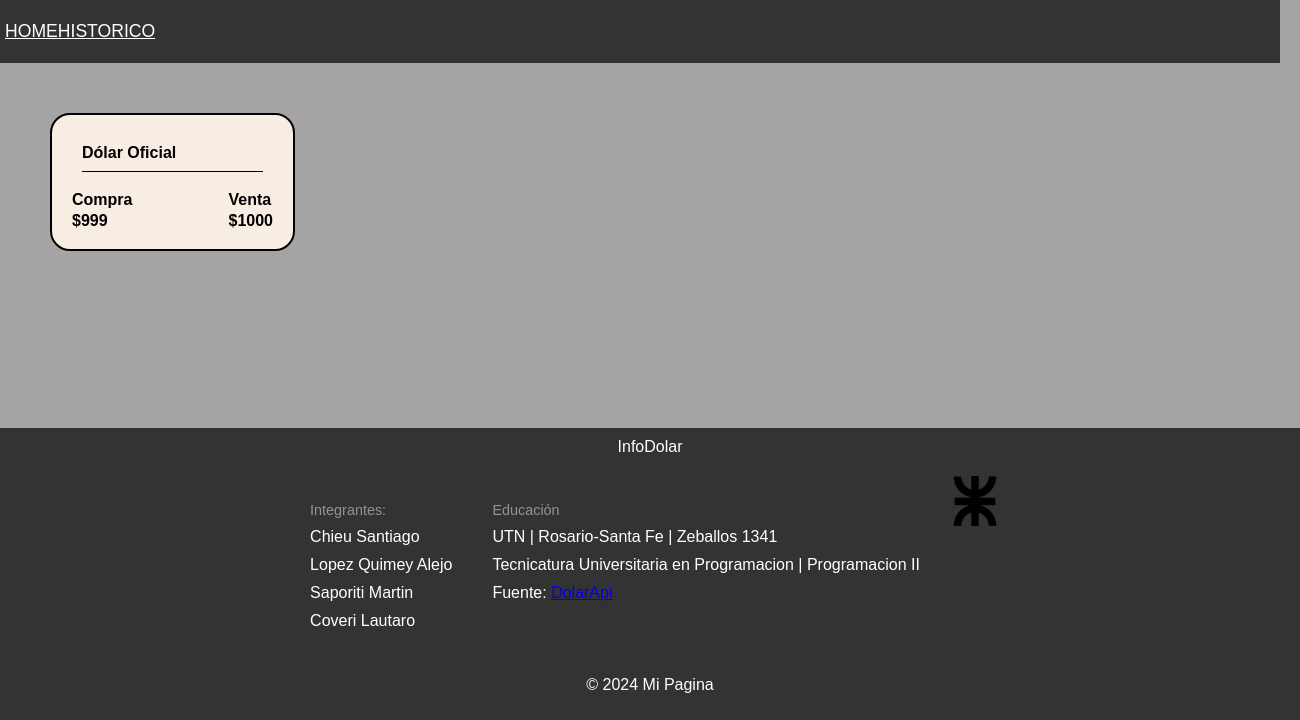
Repository: QuimeyAlejo/TP-Prog
Page: Tp-Prog/Client/index.html
An editor plug-in stored every save of this project. The page is shown before and after the next save, followed by the edit.
The browser window is 1280 px wide. The page is 1300 px wide, so the pictures cover 1300 px, including what lies to the right of the window. The pictures show the whole page.
The page's requests for data from a server got no answer.

Above is the page before, as saved 2024-10-26 23:02:12.
Not found: Tp-Prog/Server/server.py

After the next save:
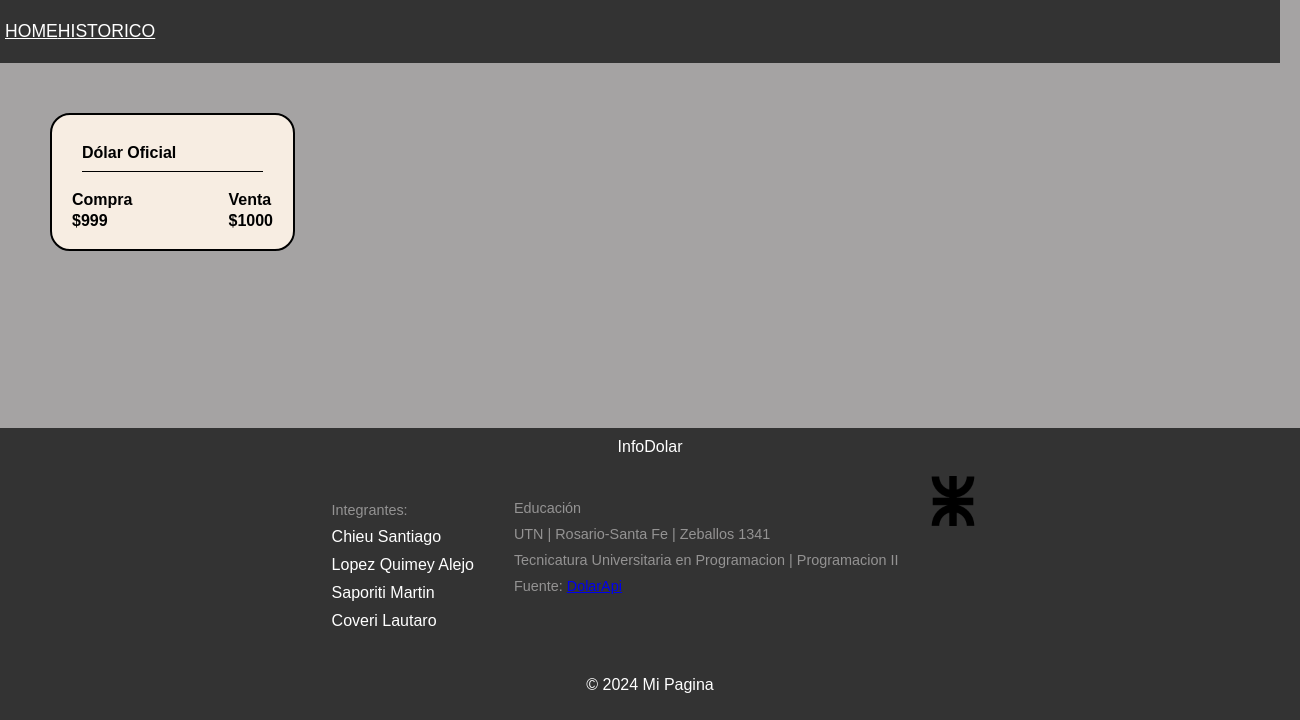
Saved 44 s later.
--- a/Tp-Prog/Client/index.html
+++ b/Tp-Prog/Client/index.html
@@ -49,8 +49,8 @@
                        <li>Coveri Lautaro</li>
                    </ul>
 
-                   <ul>
-                       <li class="titulo">Educación</li>
+                   <ul class="titulo">
+                       <li >Educación</li>
                        <li>UTN | Rosario-Santa Fe | Zeballos 1341</li>
                        <li>Tecnicatura Universitaria en Programacion | Programacion II</li>
                        <li>Fuente: <a href="https://dolarapi.com/docs/">DolarApi</a></li>

After the save that followed:
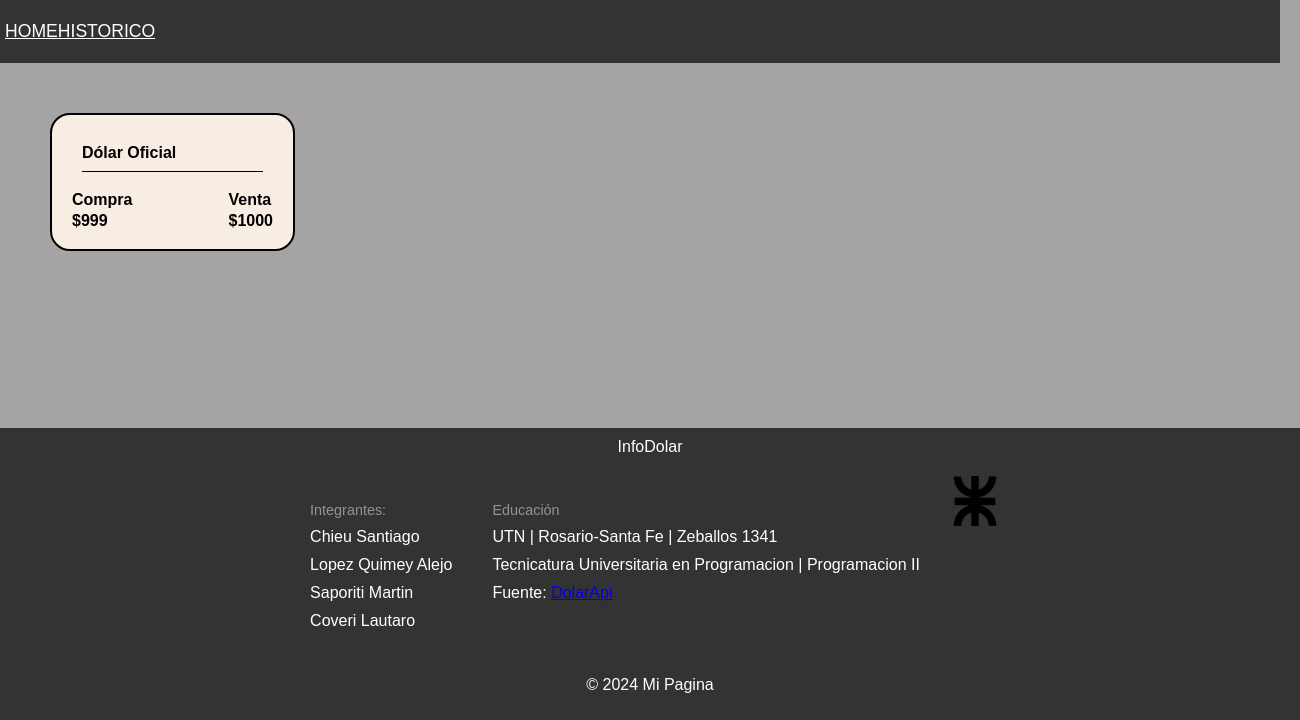
Saved 13 s later.
--- a/Tp-Prog/Client/index.html
+++ b/Tp-Prog/Client/index.html
@@ -49,8 +49,8 @@
                        <li>Coveri Lautaro</li>
                    </ul>
 
-                   <ul class="titulo">
-                       <li >Educación</li>
+                   <ul>
+                       <li class="titulo">Educación</li>
                        <li>UTN | Rosario-Santa Fe | Zeballos 1341</li>
                        <li>Tecnicatura Universitaria en Programacion | Programacion II</li>
                        <li>Fuente: <a href="https://dolarapi.com/docs/">DolarApi</a></li>
